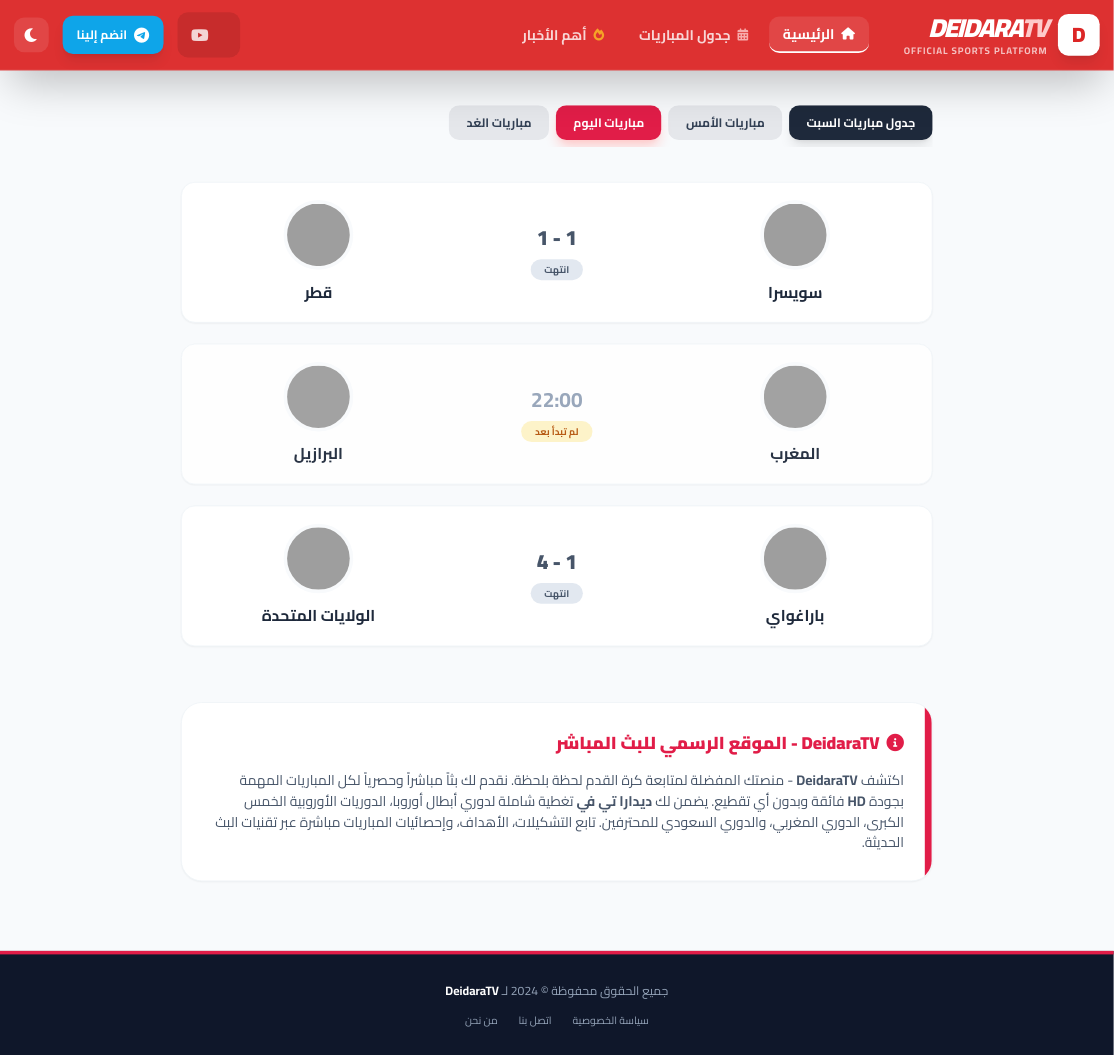
Repository: zakariax05/deidaraTV
Page: index.html
The author's editor kept a copy of each file at every save. The page is drawn from the files as they stood at one save, then again after the next save.
The browser window is 1280 px wide. The pictures show the whole page, at 87% of full size.
Pictures or frames that could not be fetched are drawn as grey boxes. Some web libraries are served in a nearby version.

Above is the page before, as saved 2026-06-14 01:56:16.

### index.html
<!DOCTYPE html>
<html lang="ar" dir="rtl">

<head>
  <meta charset="UTF-8">
  <meta name="viewport" content="width=device-width, initial-scale=1.0">
  <title>DeidaraTV - ديدارا تي في | بث مباشر للمباريات</title>
  <script src="https://cdn.tailwindcss.com"></script>
  <link href="https://cdnjs.cloudflare.com/ajax/libs/font-awesome/6.0.0/css/all.min.css" rel="stylesheet">
  <style>
    @import url('https://fonts.googleapis.com/css2?family=Cairo:wght@400;600;700;900&display=swap');

    body {
      font-family: 'Cairo', sans-serif;
      background-color: #f8fafc;
    }

    .match-card {
      transition: all 0.3s ease;
    }

    .match-card:hover {
      transform: scale(1.01);
      box-shadow: 0 10px 20px -5px rgba(0, 0, 0, 0.1);
    }

    .bg-red-primary {
      background-color: #e11d48;
    }

    .text-red-primary {
      color: #e11d48;
    }

    .border-red-primary {
      border-color: #e11d48;
    }
  </style>
</head>

<body class="text-slate-800">

  <!-- Header / الهيدر -->
  <!-- الهيدر المطور للرئيسية - DeidaraTV -->
  <header
    class="bg-red-600 text-white shadow-2xl sticky top-0 z-[100] backdrop-blur-md bg-opacity-95 border-b border-white/10">
    <div class="container mx-auto px-4">
      <div class="flex justify-between items-center h-16 md:h-20">

        <!-- القسم الأيمن: الشعار والقائمة -->
        <div class="flex items-center gap-6 md:gap-10">
          <!-- اللوجو مع ميزة إعادة التحميل -->
          <div onclick="window.location.reload()"
            class="flex items-center gap-3 cursor-pointer group select-none transition-transform active:scale-95">
            <div
              class="bg-white text-red-600 w-10 h-10 md:w-12 md:h-12 flex items-center justify-center rounded-xl font-black text-xl md:text-2xl shadow-lg group-hover:rotate-12 transition-transform">
              D
            </div>
            <div class="flex flex-col">
              <h1 class="text-xl md:text-3xl font-black italic tracking-tighter uppercase leading-none">
                Deidara<span class="text-red-200">TV</span>
              </h1>
              <span class="text-[9px] md:text-[11px] font-bold opacity-70 tracking-widest uppercase">Official
                Sports Platform</span>
            </div>
          </div>

          <!-- الروابط الأساسية (تظهر في الشاشات الكبيرة) -->
          <nav class="hidden lg:flex items-center gap-2">
            <a href="#"
              class="flex items-center gap-2 px-4 py-2 rounded-xl bg-white/10 hover:bg-white/20 transition-all font-bold border-b-2 border-white">
              <i class="fas fa-home text-sm"></i> الرئيسية
            </a>
            <a href="#"
              class="flex items-center gap-2 px-4 py-2 rounded-xl hover:bg-white/10 transition-all font-bold opacity-80 hover:opacity-100">
              <i class="fas fa-calendar-alt text-sm text-red-200"></i> جدول المباريات
            </a>
            <a href="#"
              class="flex items-center gap-2 px-4 py-2 rounded-xl hover:bg-white/10 transition-all font-bold opacity-80 hover:opacity-100">
              <i class="fas fa-fire text-sm text-amber-400"></i> أهم الأخبار
            </a>
          </nav>
        </div>

        <!-- القسم الأيسر: أيقونات التواصل والأدوات -->
        <div class="flex items-center gap-2 md:gap-4">

          <!-- أيقونات التواصل الاجتماعي بتنسيق أرقى -->
          <div class="hidden sm:flex items-center bg-black/10 rounded-xl px-2 py-1 gap-1">
            <a href="#" class="p-2 hover:bg-white/10 rounded-lg transition-colors text-white/80 hover:text-white"
              title="Twitter">
              <i class="fab fa-x-twitter text-lg"></i>
            </a>
            <a href="#" class="p-2 hover:bg-white/10 rounded-lg transition-colors text-white/80 hover:text-white"
              title="YouTube">
              <i class="fab fa-youtube text-lg"></i>
            </a>
          </div>

          <!-- زر تليجرام (مميز بلونه الخاص) -->
          <a href="#"
            class="bg-sky-500 hover:bg-sky-400 text-white p-2 md:px-4 md:py-2 rounded-xl transition-all shadow-lg flex items-center gap-2 font-bold text-sm">
            <i class="fab fa-telegram-plane text-lg"></i>
            <span class="hidden md:inline">انضم إلينا</span>
          </a>

          <!-- زر الوضع الليلي -->
          <button
            class="w-10 h-10 flex items-center justify-center rounded-xl bg-white/10 hover:bg-white/20 transition-colors">
            <i class="fas fa-moon text-lg"></i>
          </button>

          <!-- زر الموبايل -->
          <button class="lg:hidden w-10 h-10 flex items-center justify-center rounded-xl bg-white/10 hover:bg-white/20">
            <i class="fas fa-bars text-xl"></i>
          </button>
        </div>

      </div>
    </div>
  </header>

  <!-- Content / المحتوى الرئيسي -->
  <main class="container mx-auto px-4 max-w-4xl mt-10 pb-20">

    <!-- الأزرار العلوية -->
    <div class="flex flex-wrap justify-start gap-2 mb-10 overflow-x-auto pb-2">
      <button class="px-5 py-2.5 bg-slate-800 text-white rounded-xl text-sm font-bold whitespace-nowrap shadow-lg">جدول
        مباريات السبت</button>
      <button
        class="px-5 py-2.5 bg-gray-200 hover:bg-gray-300 text-slate-700 rounded-xl text-sm font-bold transition whitespace-nowrap">مباريات
        الأمس</button>
      <button
        class="px-5 py-2.5 bg-red-primary text-white rounded-xl text-sm font-bold shadow-lg shadow-red-200 whitespace-nowrap">مباريات
        اليوم</button>
      <button
        class="px-5 py-2.5 bg-gray-200 hover:bg-gray-300 text-slate-700 rounded-xl text-sm font-bold transition whitespace-nowrap">مباريات
        الغد</button>
    </div>

    <!-- قائمة المباريات -->
    <div class="space-y-6">

      <!-- مباراة مباشرة -->
      <div
        class="match-card bg-white rounded-2xl p-5 flex items-center justify-between border border-slate-100 shadow-sm">
        <div class="flex flex-col items-center w-1/3">
          <img src="https://flagcdn.com/w160/ch.png" alt="سويسرا"
            class="w-14 h-14 md:w-20 md:h-20 rounded-full object-cover border-4 border-slate-50 shadow-inner mb-3">
          <span class="font-bold text-sm md:text-lg">سويسرا</span>
        </div>

        <div class="flex flex-col items-center w-1/3">
          <div class="text-2xl font-black text-slate-600 mb-2">1 - 1</div>
          <span class="bg-slate-200 text-slate-600 text-[11px] px-4 py-1 rounded-full font-bold">انتهت</span>
        </div>

        <div class="flex flex-col items-center w-1/3">
          <img src="https://flagcdn.com/w160/qa.png" alt="قطر"
            class="w-14 h-14 md:w-20 md:h-20 rounded-full object-cover border-4 border-slate-50 shadow-inner mb-3">
          <span class="font-bold text-sm md:text-lg">قطر</span>
        </div>
      </div>

      <!-- مباراة المغرب (لم تبدأ) -->
      <!-- قمت بتغيير الـ div الأول إلى a وإضافة الرابط و cursor-pointer -->
      <a href="watching-page.html"
        class="match-card bg-white rounded-2xl p-5 flex items-center justify-between border border-slate-100 shadow-sm opacity-95 cursor-pointer hover:bg-slate-50 transition-all block">

        <!-- الفريق الأول -->
        <div class="flex flex-col items-center w-1/3">
          <img src="https://flagcdn.com/w160/ma.png" alt="المغرب"
            class="w-14 h-14 md:w-20 md:h-20 rounded-full object-cover border-4 border-slate-50 shadow-inner mb-3">
          <span class="font-bold text-sm md:text-lg text-slate-800">المغرب</span>
        </div>

        <!-- توقيت المباراة -->
        <div class="flex flex-col items-center w-1/3">
          <div class="text-2xl font-bold text-slate-400 mb-2">22:00</div>
          <span class="bg-amber-100 text-amber-700 text-[11px] px-4 py-1 rounded-full font-bold">لم تبدأ
            بعد</span>
        </div>

        <!-- الفريق الثاني -->
        <div class="flex flex-col items-center w-1/3">
          <img src="https://flagcdn.com/w160/br.png" alt="البرازيل"
            class="w-14 h-14 md:w-20 md:h-20 rounded-full object-cover border-4 border-slate-50 shadow-inner mb-3">
          <span class="font-bold text-sm md:text-lg text-slate-800">البرازيل</span>
        </div>
      </a>

      <!-- مباراة منتهية -->
      <div
        class="match-card bg-white rounded-2xl p-5 flex items-center justify-between border border-slate-100 shadow-sm bg-slate-50/50">
        <div class="flex flex-col items-center w-1/3">
          <img src="https://flagcdn.com/w160/py.png" alt="باراغواي"
            class="w-14 h-14 md:w-20 md:h-20 rounded-full object-cover border-4 border-slate-50 shadow-inner mb-3">
          <span class="font-bold text-sm md:text-lg">باراغواي</span>
        </div>

        <div class="flex flex-col items-center w-1/3">
          <div class="text-2xl font-black text-slate-600 mb-2">1 - 4</div>
          <span class="bg-slate-200 text-slate-600 text-[11px] px-4 py-1 rounded-full font-bold">انتهت</span>
        </div>

        <div class="flex flex-col items-center w-1/3">
          <img src="https://flagcdn.com/w160/us.png" alt="الولايات المتحدة"
            class="w-14 h-14 md:w-20 md:h-20 rounded-full object-cover border-4 border-slate-50 shadow-inner mb-3">
          <span class="font-bold text-sm md:text-lg">الولايات المتحدة</span>
        </div>
      </div>

    </div>

    <!-- SEO / قسم المعلومات -->
    <section
      class="mt-16 bg-white rounded-3xl p-8 border border-slate-100 shadow-sm leading-relaxed relative overflow-hidden">
      <div class="absolute top-0 right-0 w-2 h-full bg-red-primary"></div>
      <h2 class="text-red-primary font-black text-xl mb-4 flex items-center gap-2">
        <i class="fas fa-info-circle"></i> DeidaraTV - الموقع الرسمي للبث المباشر
      </h2>
      <p class="text-slate-600 text-sm md:text-base leading-8">
        اكتشف <strong>DeidaraTV</strong> - منصتك المفضلة لمتابعة كرة القدم لحظة بلحظة. نقدم لك بثاً مباشراً
        وحصرياً لكل المباريات المهمة بجودة <strong>HD</strong> فائقة وبدون أي تقطيع. يضمن لك <strong>ديدارا تي
          في</strong> تغطية شاملة لدوري أبطال أوروبا، الدوريات الأوروبية الخمس الكبرى، الدوري المغربي، والدوري
        السعودي للمحترفين. تابع التشكيلات، الأهداف، وإحصائيات المباريات مباشرة عبر تقنيات البث الحديثة.
      </p>
    </section>

  </main>

  <!-- Footer / الفوتر -->
  <footer class="bg-slate-900 text-slate-400 py-8 text-center border-t-4 border-red-primary">
    <div class="container mx-auto px-4">
      <p class="text-sm">جميع الحقوق محفوظة &copy; 2024 لـ <span class="text-white font-bold">DeidaraTV</span></p>
      <div class="flex justify-center gap-6 mt-4 text-xs">
        <a href="#" class="hover:text-white">سياسة الخصوصية</a>
        <a href="#" class="hover:text-white">اتصل بنا</a>
        <a href="#" class="hover:text-white">من نحن</a>
      </div>
    </div>
  </footer>

</body>

</html>

After the next save:
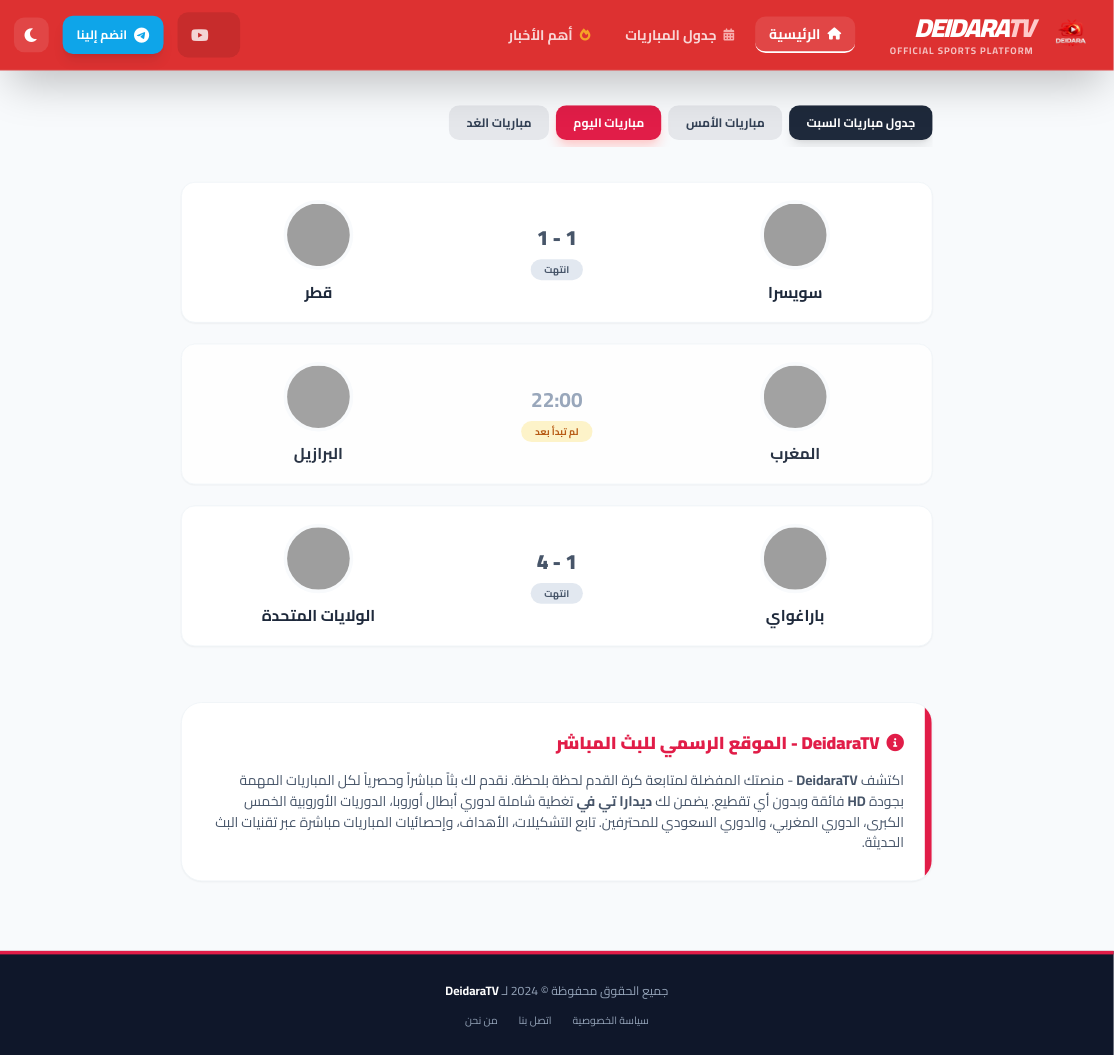
Saved 109 s later.
--- a/index.html
+++ b/index.html
@@ -52,10 +52,8 @@
           <!-- اللوجو مع ميزة إعادة التحميل -->
           <div onclick="window.location.reload()"
             class="flex items-center gap-3 cursor-pointer group select-none transition-transform active:scale-95">
-            <div
-              class="bg-white text-red-600 w-10 h-10 md:w-12 md:h-12 flex items-center justify-center rounded-xl font-black text-xl md:text-2xl shadow-lg group-hover:rotate-12 transition-transform">
-              D
-            </div>
+            <img src="imgs/logo-deidaratv.png" alt="DeidaraTV Logo"
+              class="h-16 md:h-30 w-auto object-contain group-hover:brightness-110 transition-all">
             <div class="flex flex-col">
               <h1 class="text-xl md:text-3xl font-black italic tracking-tighter uppercase leading-none">
                 Deidara<span class="text-red-200">TV</span>
